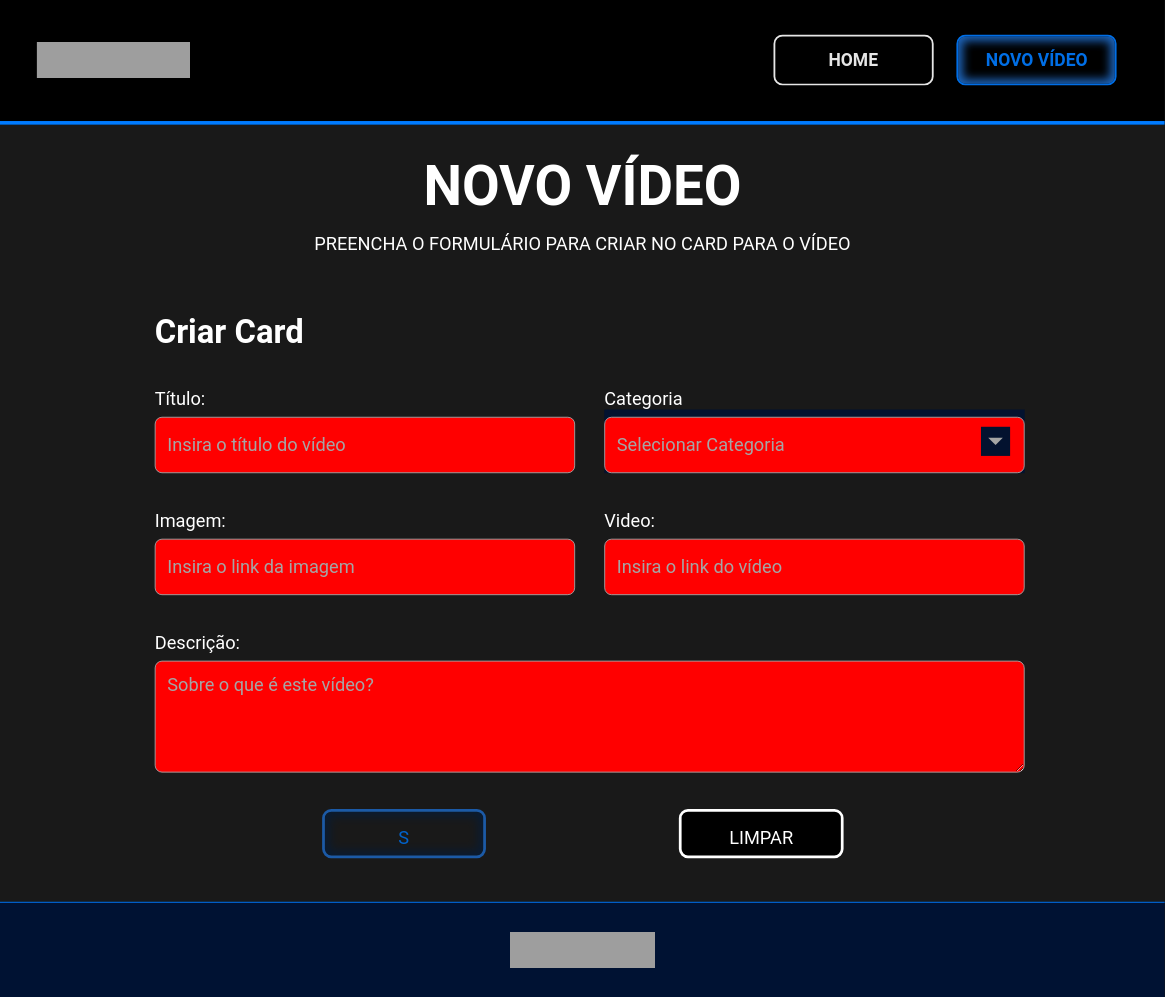
Repository: guilhermecardoso93/aluraflix
Page: /new-video
These files come from the project's save history. The page is drawn as it stood at one moment and after the next save; the edit follows.
The browser window is 1280 px wide. The pictures show the whole page, at 91% of full size.
Pictures or frames that could not be fetched are drawn as grey boxes. The page's requests for data from a server got no answer. The project was rebuilt for these pictures with package versions that can differ from the ones it lists, and the page was loaded fresh each time. No one was signed in, and anything a server would have sent is missing. Also part of the build but not shown: vite.config.js, src/components/Loading/Loading.css, src/components/Loading/index.jsx, src/components/Banner/Banner.module.css, src/components/Banner/index.jsx, src/components/Notification/Notification.css, src/components/Notification/index.jsx, src/components/Card/Card.css and 9 more.

Above is the page before, as saved 2024-07-08 20:45:35.

### index.html
<!doctype html>
<html lang="es">
  <head>
    <meta charset="UTF-8" />
    <link rel="icon" type="image/svg+xml" href="/Logo.svg" />
    <meta name="viewport" content="width=device-width, initial-scale=1.0" />
    <title>AluraFlix</title>
  </head>
  <body>
    <div id="root"></div>
    <script type="module" src="/src/main.jsx"></script>
  </body>
</html>

### src/App.jsx
import { AppRoutes } from "./routes/Routes";

export function App() {
  return (
    <>
      <AppRoutes />
    </>
  );
}

### src/index.css
* {
  margin: 0;
  font-family: 'Roboto', sans-serif;
  overflow-x: hidden;
  box-sizing: border-box;
}

:root {
  --color-bg: #191919;
  --color-bg-edit: #03122F;
  --color-backend: #00C86F;
  --color-frontend: #6BD1FF;
  --color-inov-gestao: #FFBA05;
  --color-inov-mobile: #cb1bd1;
  --color-error: #FF0000;
  --color-light-gray: #A5A5A5;
  --color-white: #FFFFFF;
  --color-white-smoke: #F5F5F5;
  --color-blue: #007BFF;
  --color-blue-light: #2271D1;
  --color-dark-gray-border: #262626;
  --color-black: #000000;
  --color-brillo: #FFD700;
  --color-button-shadow: #0b223f;
  --color-banner: #001233;
}

body {
  background-color: var(--color-bg);
}

### src/routes/Routes.jsx
import { BrowserRouter, Route, Routes } from "react-router-dom";
import { VideoProvider } from "../Contexts/VideoContext";

import { Home } from "../pages/Home";
import { NewVideo } from "../pages/NewVideo";

import { Header } from "../components/Header";
import { Footer } from "../components/Footer";
import { PageNotFound } from "../pages/PageNotFound";

import "./AppRoutes.css";

export function AppRoutes() {
  return (
    <VideoProvider>
      <BrowserRouter>
        <div className="app-container">
          <Header />
          <div className="content">
            <Routes>
              <Route path="*" element={<PageNotFound />} />
              <Route path="/" element={<Home />} />
              <Route path="/new-video" element={<NewVideo />} />
            </Routes>
          </div>
          <Footer />
        </div>
      </BrowserRouter>
    </VideoProvider>
  );
}

### src/Contexts/VideoContext.jsx
import { createContext, useState, useContext, useEffect } from "react";
import PropTypes from "prop-types";

const VideoContext = createContext();

export const useVideoContext = () => useContext(VideoContext);

export const VideoProvider = ({ children }) => {
  const [videos, setVideos] = useState([]);
  const api =
    "https://my-json-server.typicode.com/guilhermecardoso93/alura-flix-api/videos";

  const fetchVideos = async () => {
    try {
      const response = await fetch(api);
      const data = await response.json();
      setVideos(data);
    } catch (error) {
      console.error("Error fetching videos:", error);
    }
  };

  useEffect(() => {
    fetchVideos();
  }, []);

  const addVideo = (video) => {
    setVideos((prevVideos) => [
      ...prevVideos,
      { ...video, id: prevVideos.length + 1 },
    ]);
  };

  const updateVideo = (updatedVideo) => {
    setVideos((prevVideos) =>
      prevVideos.map((video) =>
        video.id === updatedVideo.id ? updatedVideo : video
      )
    );
  };

  const deleteVideo = (videoId) => {
    setVideos((prevVideos) =>
      prevVideos.filter((video) => video.id !== videoId)
    );
  };

  return (
    <VideoContext.Provider
      value={{ videos, addVideo, updateVideo, deleteVideo }}
    >
      {children}
    </VideoContext.Provider>
  );
};

VideoProvider.propTypes = {
  children: PropTypes.node.isRequired,
};

### src/components/Header/index.jsx
import { Link, NavLink } from "react-router-dom";
import logo from "../../assets/logo.png";
import styles from "./Header.module.css";

export function Header() {
  return (
    <header className={styles.header}>
      <Link to="/">
        <section className={styles.logoContainer}>
          <img src={logo} alt="Logo Alura Flix" />
        </section>
      </Link>
      <nav className={styles.nav}>
        <div className={styles.navLinks}>
          <NavLink
            to="/"
            className={({ isActive }) =>
              isActive ? `${styles.link} ${styles.activeLink}` : styles.link
            }
          >
            Home
          </NavLink>

          <NavLink
            to="/new-video"
            className={({ isActive }) =>
              isActive ? `${styles.link} ${styles.activeLink}` : styles.link
            }
          >
            Novo Vídeo
          </NavLink>
        </div>
      </nav>
    </header>
  );
}

### src/components/Footer/index.jsx
import { styled } from "styled-components";
import logo from "../../assets/logo.png";

export function Footer() {
  return (
    <FooterContainer>
      <img src={logo} alt="Logo Aluraflix" />
    </FooterContainer>
  );
}

const FooterContainer = styled.footer`
  background-color: var(--color-banner);
  padding: 2rem 0;
  border-top: 1px solid var(--color-blue);

  display: flex;
  align-items: center;
  justify-content: center;

  img {
    width: 10rem;
  }
`;

### src/routes/AppRoutes.css
.app-container {
    display: flex;
    flex-direction: column;
    min-height: 100vh;
    position: relative;
}

.content {
    flex: 1;
}

.footer-bar, footer {
    width: 100%;
    bottom: 0;
}

### src/components/OptionList/index.jsx
import { useState, useRef, useEffect } from "react";
import { IoMdArrowDropdown } from "react-icons/io";

import "./OptionList.css";

export function OptionList({ value, onChange, options, classe, classe2 }) {
  const [isOpen, setIsOpen] = useState(false);
  const dropdownRef = useRef(null);

  const handleToggleDropdown = () => {
    setIsOpen(!isOpen);
  };

  const handleSelectOption = (option) => {
    onChange({ target: { name: "category", value: option } });
    setIsOpen(false);
  };

  const handleClickOutside = (event) => {
    if (dropdownRef.current && !dropdownRef.current.contains(event.target)) {
      setIsOpen(false);
    }
  };

  useEffect(() => {
    document.addEventListener("mousedown", handleClickOutside);
    return () => {
      document.removeEventListener("mousedown", handleClickOutside);
    };
  }, []);

  return (
    <div className="option-list" ref={dropdownRef}>
      <label>Categoria</label>
      <div className="input-with-icon" onClick={handleToggleDropdown}>
        <div className={`${classe}`}>{value || "Selecionar Categoria"}</div>
        <IoMdArrowDropdown className="dropdown-icon dropdown-icon-video" />
      </div>
      {isOpen && (
        <ul className="dropdown-options">
          {options.map((option) => (
            <li
              key={option.id}
              className={`${classe2}`}
              onClick={() => handleSelectOption(option.name)}
            >
              {option.name}
            </li>
          ))}
        </ul>
      )}
    </div>
  );
}

### src/components/Button/index.jsx
import "./Button.css";

export function Button({ type, label, onClick, disabled, buttonType }) {
  return (
    <button
      type={type}
      className={`form-button ${buttonType}`}
      onClick={onClick}
      disabled={disabled}
    >
      {label}
    </button>
  );
}

### src/pages/NewVideo/NewVideo.css
.container__new-video {
    display: flex;
    flex-direction: column;
    align-items: center;
    justify-content: center;
    color: var(--color-white);
    width: 100%;
    max-width: 64.75rem;
    padding: 2rem;
    margin: 0 auto;
    gap: 2rem;
}

.new-video__header {
    text-align: center;
}

.new-video__title {
    font-size: 3.75rem;
    font-weight: 700;
    margin-bottom: 1rem;
}

.new-video__description {
    font-size: 1.25rem;
    font-weight: 400;
    margin-bottom: 2rem;
    background-color: transparent;
}

.new-video__form {
    display: flex;
    flex-direction: column;
    align-items: center;
    width: 100%;
    max-width: 73.25rem;
}

.form-section {
    display: flex;
    justify-content: space-between;
    width: 100%;
    margin-bottom: 1.5rem;
}

.form-section__left,
.form-section__right {
    flex: 1;
    margin: 0 1rem;
}

.form-section__left:last-child,
.form-section__right:last-child {
    margin-right: 0;
}

.new-video__form-title {
    font-size: 2.25rem;
    font-weight: 700;
    margin-bottom: 1rem;
}

.new-video__form-label {
    display: block;
    margin-bottom: 0.4rem;
    font-size: 1.25rem;
}

.new-video__form-label.error-label {
    color: var(--color-error);
}

.new-video__form-input {
    margin-top: 0.5rem;
    width: 100%;
    padding: 0.8rem;
    font-size: 1.25rem;
    border: 1px solid var(--color-light-gray) !important;
    border-radius: 0.5rem;
    background-color: red;
    margin-bottom: 1rem;
    outline: none;
    transition: border-color 0.3s ease;
    min-height: 3.875rem;
    display: flex;
    align-items: center;
    color: var(--color-light-gray);
    box-sizing: border-box;
    resize: none;
}

.new-video__form-input::placeholder {
    color: var(--color-light-gray);
}

.new-video__form-option {
    margin-bottom: 0;
    overflow-x: visible !important;
}

.new-video-page * {
    overflow-x: initial;
}


.new-video__dropdown-option {
    padding: 0.5rem;
    cursor: pointer;
    transition: background-color 0.3s ease;
    color: var(--color-white-smoke);
    position: relative;
    background-color: var(--color-bg);
    margin-top: 0;
    overflow-x: visible;
}

.new-video__dropdown-option:hover {
    background-color: var(--color-blue);
    color: var(--color-white);
    font-weight: bold;
}

.new-video__form-input.error::placeholder {
    color: var(--color-error);
}

.new-video__form-input.error {
    border-color: var(--color-error);
}

.new-video__form-input:focus {
    border-color: var(--color-frontend);
    outline: none;
}

.new-video__form-textarea {
    width: 100%;
    padding: 0.8rem;
    font-size: 1.25rem;
    border: 1px solid var(--color-light-gray);
    border-radius: 0.5rem;
    color: var(--color-white);
    resize: vertical;
}

.error-message {
    color: var(--color-error);
    font-size: 1rem;
    background-color: transparent;
}


/* *MEDIA QUERIES */
@media screen and (max-width: 768px) {
    .new-video__title {
        font-size: 2.5rem;
    }
    .new-video__description {
        font-size: 0.938rem;
    }
    .new-video__form {
        max-width: 100%;
    }
    .new-video__form-title {
        font-size: 2.25rem;
    }

    .form-section {
        display: flex;
        flex-direction: column;
    }

    .form-section__left,
    .form-section__right {
        margin: 0;
    }

}

### src/components/Header/Header.module.css
.header {
    display: flex;
    justify-content: space-between;
    align-items: center;
    padding: 2.4rem 2.5rem;
    background-color: var(--color-black);
    border-bottom: 4px solid var(--color-blue);
}

a {
    text-decoration: none;
}

img {
    width: 169px;
    height: 40px;
}

.logoContainer {
    height: auto;
    display: flex;
    align-items: center;
    background-color: var(--color-black);
}

.nav {
    display: flex;
    justify-content: space-around;
    align-items: center;
    background-color: var(--color-black);
}

.navLinks {
    display: flex;
    justify-content: space-around;
    background-color: var(--color-black);
}

.menuIcon {
    display: none;
}

.link {
    font-weight: bold;
    padding: 0.85rem;
    color: var(--color-white);
    border-radius: 0.625rem;
    border: 2px solid var(--color-white);
    margin: 0 0.8rem;
    text-decoration: none;
    text-align: center;
    opacity: 0.9;
    display: flex;
    align-items: center;
    justify-content: center;
    width: 9.35rem;

    background-color: transparent;
    color: #fff;

    width: 11rem;
    height: 3.5rem;

    border: solid 2px #fff;
    border-radius: 10px;

    font-size: 1.2rem;
    text-transform: uppercase;
}

.link:hover {
    filter: brightness(1.4);
    color: var(--color-blue-light);
}

.activeLink {
    color: var(--color-blue);
    border: 2px solid var(--color-blue);
    border-radius: 0.625rem;
    box-shadow: inset 0 0 10px 5px var(--color-blue-light);
}

@media (max-width: 600px) {
    .link {
        border-radius: 0;
        border: none;
        border-bottom: 2px solid var(--color-white);
    }

    .link:hover {
        color: var(--color-blue-light);
        border-bottom: 2px solid var(--color-blue-light);
    }

    .activeLink {
        border-bottom: 2px solid var(--color-blue);
    }
}

### src/components/Modal/Modal.css
.modal-overlay {
    position: fixed;
    top: 0;
    left: 0;
    right: 0;
    bottom: 0;
    background-color: rgba(0, 0, 0, 0.7);
    display: flex;
    justify-content: center;
    align-items: center;
    z-index: 1000;
    overflow-y: auto;
    padding: 2rem;
}

.modal-content {
    background: var(--color-bg-edit);
    border: 3px solid var(--color-frontend);
    padding: 2.25rem;
    border-radius: 0.938rem;
    max-width: 50rem;
    width: 100%;
    max-height: 78.5rem;
    position: relative;
    display: flex;
    flex-direction: column;
    overflow: visible;
    align-items: center;
    margin-top: auto;
    gap: 1rem;
}

.close-icon {
    position: absolute;
    top: 2rem;
    right: 2rem;
    cursor: pointer;
    font-size: 3.25rem;
    color: var(--color-white);
    background: var(--color-bg-edit);
}

.modal-content h1 {
    font-size: clamp(2rem, 3.4vw, 3.75rem);
    color: var(--color-blue-light);
    background: var(--color-bg-edit);
    width: 100%;
    max-width: 35.813rem;
    align-self: center;
    text-align: left;
}

.modal-form {
    display: flex;
    flex-direction: column;
    gap: 1.25rem;
    background: var(--color-bg-edit);
    align-self: center;
    text-align: left;
    max-width: 35.813rem;
    width: 100%;
}

.modal-form label {
    display: flex;
    flex-direction: column;
    font-size: 1.25rem;
    color: var(--color-white);
    background: var(--color-bg-edit);

}

.modal-form-input {
    background: var(--color-bg-edit);
    color: var(--color-light-gray);
    margin-top: 0.5rem;
    border: 3px solid var(--color-blue-light);
    width: 100%;
    padding: 10px;
    border-radius: 10px;
    box-sizing: border-box;
    resize: none;
    overflow: hidden;
    margin-bottom: 1rem;
    outline: none;
    transition: border-color 0.3s ease;
    min-height: 3.875rem;
    display: flex;
    align-items: center;
}

.modal-form-input:focus {
    background: var(--color-bg-edit) !important;
    outline: none;
}

.input-with-icon {
    display: flex;
    align-items: center;
    position: relative;
    background: var(--color-bg-edit) !important;
}

.input-with-icon .modal-form-input {
    padding-right: 2.5rem;
}

.input-with-icon .dropdown-icon {
    position: absolute;
    top: 50%;
    right: 1rem;
    transform: translateY(-50%);
    font-size: 2rem;
    color: var(--color-light-gray);
    background: var(--color-bg-edit) !important;
}

.modal-form-option {
    background: var(--color-bg-edit) !important;
    border: 3px solid var(--color-blue-light) !important;
}

.dropdown-option {
    padding: 0.5rem;
    cursor: pointer;
    transition: background-color 0.3s ease;
    color: var(--color-white-smoke);
    position: relative;
    background: var(--color-bg-edit) !important;
    margin-top: 0;
}

.dropdown-option:hover {
    background-color: var(--color-blue);
    color: var(--color-white);
    font-weight: bold;
}

.modal-form-textarea {
    width: 100%;
    max-height: 8rem;
    min-height: 3.875rem;
    padding: 0.8rem;
    resize: vertical;
}

.modal-form-input.error {
    border-color: var(--color-error) !important;
    color: var(--color-error) !important;
}

.selected-value.error {
    border-color: var(--color-error) !important;
}

.error-message {
    color: var(--color-error) !important;
    background: var(--color-bg-edit);
    font-size: 0.875rem;
}

/* *Media queries* */
@media screen and (max-width: 768px) {
    .modal-overlay {
        padding: 3rem 1rem 6rem 1rem;
    }

    .modal-content {
        padding: 1rem;
    }

    .close-icon {
        height: 4.375rem;
        gap: 1rem;
    }

    .modal-content h1 {
        font-size: 2rem;
        margin-top: 4rem;
    }
}

### src/components/OptionList/OptionList.css
.option-list {
    position: relative;
    border-radius: 10px;
    background: var(--color-blue-dark);
    overflow-x: visible;
}

.option-list label {
    font-size: 1.25rem;
}

.input-with-icon {
    position: relative;
    width: 100%;
    background: var(--color-blue-dark);
}

.input-with-icon .selected-value {
    color: var(--color-light-gray);
    height: 3.875rem;
    border-radius: 10px;
    margin-top: 0.5rem;
    outline: none;
    display: flex;
    justify-content: space-between;
    align-items: center;
    max-width: 35.813rem;
    width: 100%;
    box-sizing: border-box;
    margin-bottom: 0;
}

.input-with-icon .dropdown-icon {
    font-size: 2rem;
    color: var(--color-light-gray);
    cursor: pointer;
    position: absolute;
    top: 50%;
    right: 1rem;
    transform: translateY(-50%);
    z-index: 1;
    background-color: transparent;
}

.dropdown-options {
    position: absolute;
    left: 0;
    width: 100%;
    z-index: 1000;
    overflow-y: hidden;
    padding: 0;
    box-shadow: 0 8px 16px rgba(0, 0, 0, 0.2);
    border: 0.5px solid var(--color-white);
    border-radius: 0 0 10px 10px;
}

.input-with-icon.open .dropdown-options {
    display: block;
}

### src/components/Button/Button.css
.new-video__form-buttons {
    display: flex;
    justify-content: space-between;
    margin: auto;
    background: transparent;
    width: 100%;
    max-width: 35.813rem;
    font-size: 1.25rem;
}

.form-button {
    max-width: 11.258rem;
    max-height: 3.375rem;
    width: 100%;
    padding: 1rem 1.25rem;
    cursor: pointer;
    background: var(--color-black);
    border-radius: 10px;
    font-size: 1.25rem;
    margin-bottom: 1rem;
}

.form-button--save {
    color: var(--color-blue);
    border: 3px solid var(--color-blue-light);
    box-shadow: inset 0 0 10px 5px var(--color-button-shadow);
    filter: brightness(1.3);
}

.form-button--save:hover {
    filter: brightness(1.3);
}

.form-button--cancel {
    color: var(--color-white);
    border: 3px solid var(--color-white);
}

.form-button--cancel:hover {
    filter: brightness(1.3);
}

.form-button:disabled {
    background-color: var(--color-light-gray);
    background: transparent;
    filter: brightness(0.8);
    cursor: not-allowed;
}

/* *Media queries* */
@media screen and (max-width: 768px) {
    .new-video__form-buttons {
        display: flex;
        flex-direction: column;
        justify-content: center;
        align-items: center;
        margin: 0 1rem 1rem 1rem;
    }
}

Loaded but not shown: src/main.jsx (common file); src/utils/ValidateForm.js (60 lines, source omitted); src/data/CategoryData.js (22 lines, source omitted); src/pages/NewVideo/index.jsx (280 lines, source omitted)

After the next save:
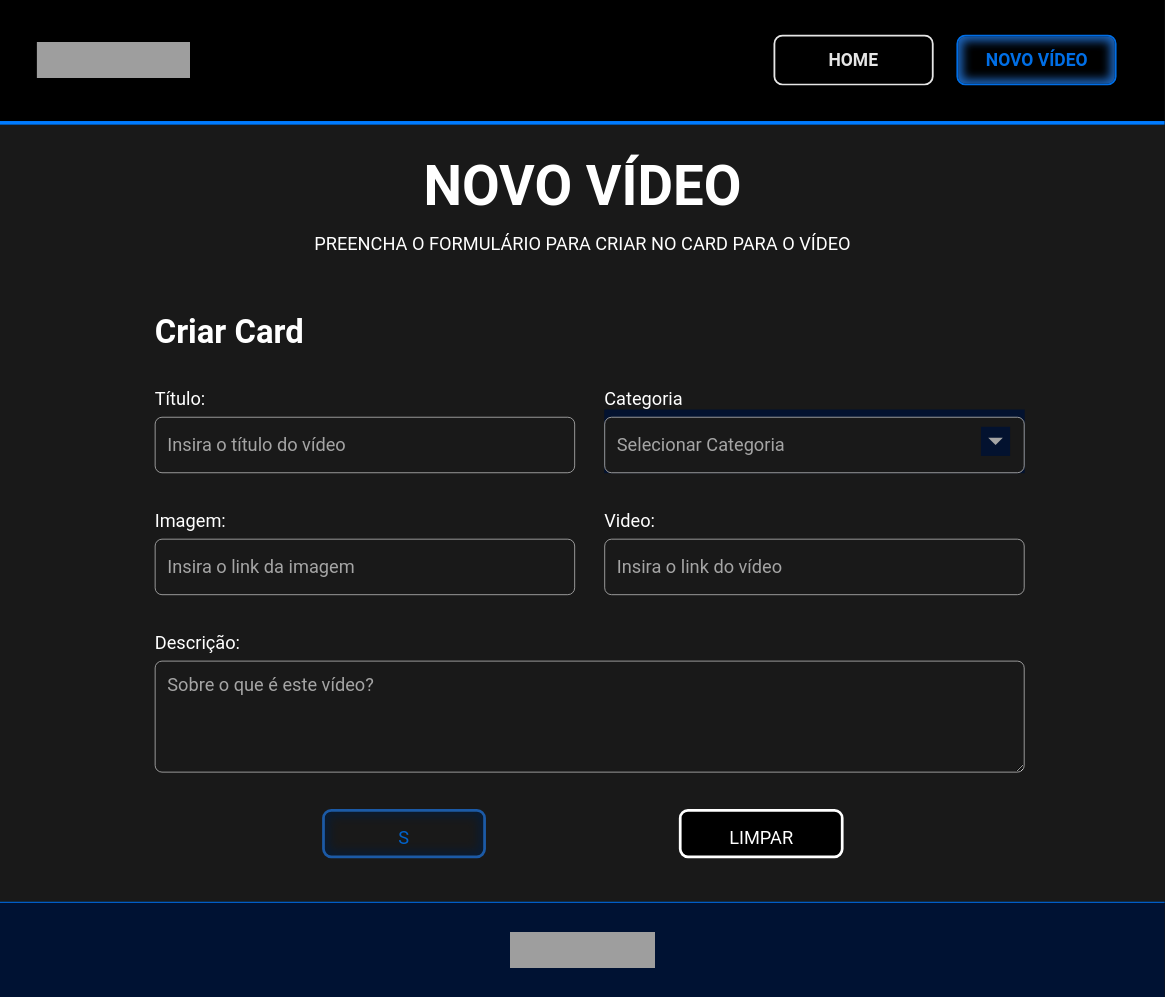
Saved 12 s later.
--- a/src/pages/NewVideo/NewVideo.css
+++ b/src/pages/NewVideo/NewVideo.css
@@ -77,7 +77,7 @@
     font-size: 1.25rem;
     border: 1px solid var(--color-light-gray) !important;
     border-radius: 0.5rem;
-    background-color: red;
+    background-color: var(--color-bg);
     margin-bottom: 1rem;
     outline: none;
     transition: border-color 0.3s ease;
